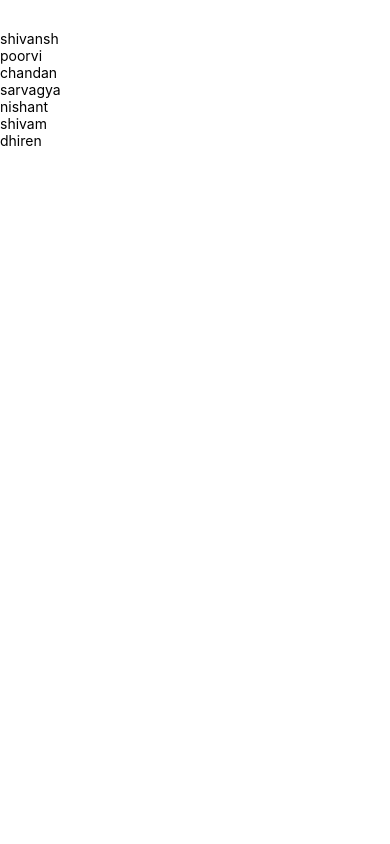
Repository: shiv0403/React-native-tutorial
Screen: /
The author's editor kept a copy of each file at every save. The screen is drawn from the files as they stood at one save, then again after the next save.
The app was drawn by React Native's web renderer in a window 390 px wide. The project was rebuilt for these pictures with package versions that can differ from the ones it lists, and the page was loaded fresh each time.

Above is the screen before, as saved 2021-02-11 08:32:14.

### App.js
import React, { useState } from "react";
import {
  Button,
  SafeAreaView,
  StyleSheet,
  Text,
  TextInput,
  View,
} from "react-native";

export default function App() {
  const [people, setPeople] = useState([
    { name: "shivansh", key: "1" },
    { name: "poorvi", key: "2" },
    { name: "chandan", key: "3" },
    { name: "sarvagya", key: "4" },
    { name: "nishant", key: "5" },
    { name: "shivam", key: "6" },
    { name: "dhiren", key: "7" },
  ]);

  return (
    <View style={styles.container}>
      {people.map((item) => {
        return (
          <View key={item.key}>
            <Text style={styles.text}>{item.name}</Text>
          </View>
        );
      })}
    </View>
  );
}

const styles = StyleSheet.create({
  container: {
    flex: 1,
    backgroundColor: "#fff",
    marginTop: 30,
    // alignItems: "center",
    // justifyContent: "center",
  },
});

After the next save:
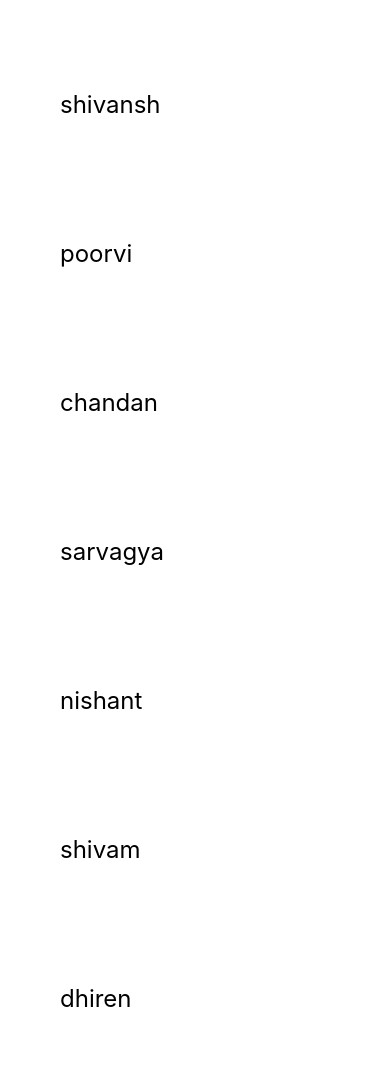
Saved 26 s later.
--- a/App.js
+++ b/App.js
@@ -40,4 +40,9 @@ const styles = StyleSheet.create({
     // alignItems: "center",
     // justifyContent: "center",
   },
+  text: {
+    padding: 20,
+    margin: 40,
+    fontSize: 24,
+  },
 });
